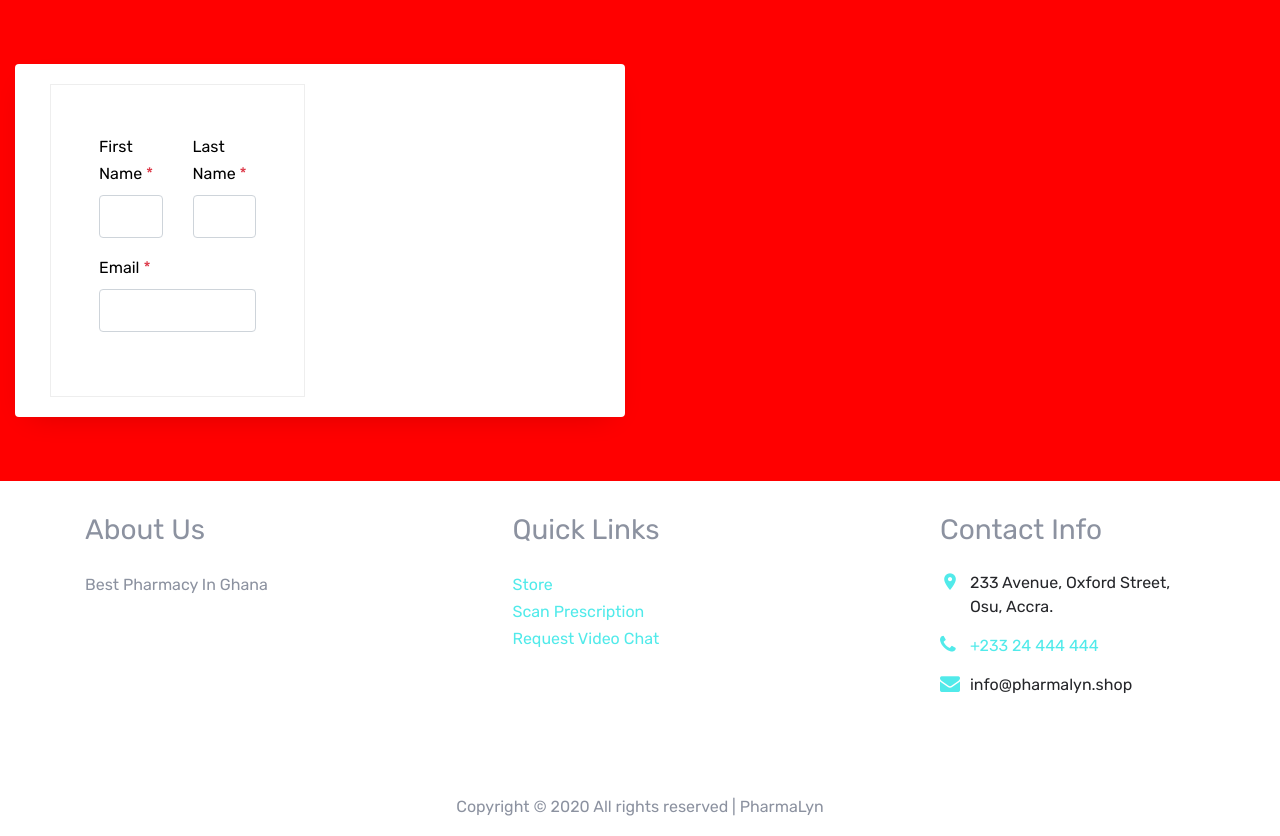
Repository: Nat-A/finalyearproject
Page: pharma/index - Copy.html
An editor plug-in stored every save of this project. The page is shown before and after the next save, followed by the edit.
The browser window is 1280 px wide. The pictures show the part of the page from y = 802 to 1638 px (the page is 1638 px tall before and 1611 px after).

Above is the page before, as saved 2020-06-03 12:55:00.

After the next save:
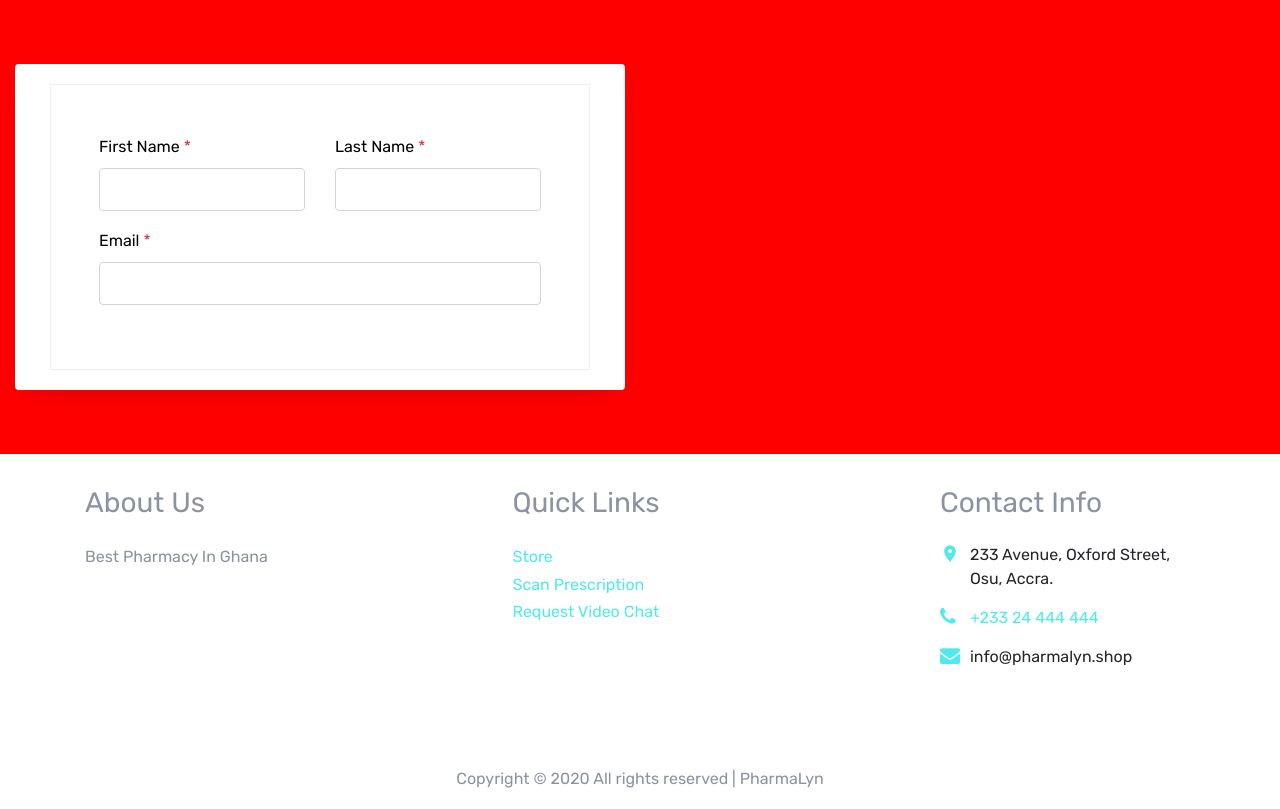
Saved 15 s later.
--- a/pharma/index - Copy.html
+++ b/pharma/index - Copy.html
@@ -107,7 +107,7 @@
 
             <div class="col-lg-6 mb-5 mb-lg-0 ">
                 <a class="banner-1 h-100" style="background: #fff; ">
-                    <div class="banner-1-inner align-self-center ">
+                    <div class=" align-self-center ">
 
                         <div class="col-md-12">
 
